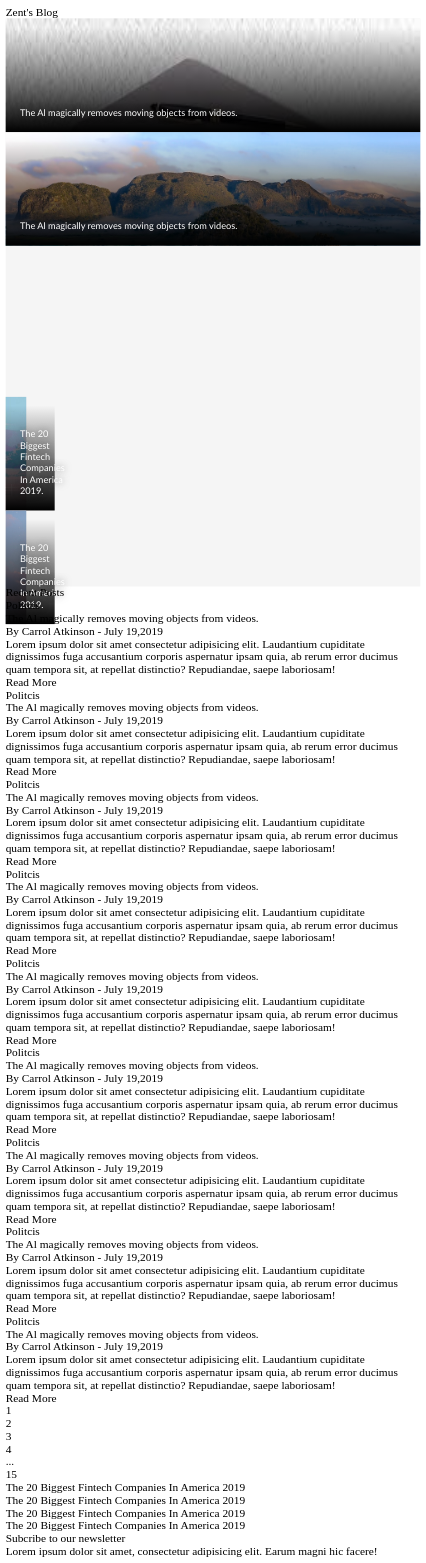
Repository: giacatdat2k5/html3
Page: html3.vs/7.1.html
An editor plug-in stored every save of this project. The page is shown before and after the next save, followed by the edit.
The browser window is 600 px wide. The pictures show the whole page, at 71% of full size.

Above is the page before, as saved 2023-09-27 21:05:53.

After the next save:
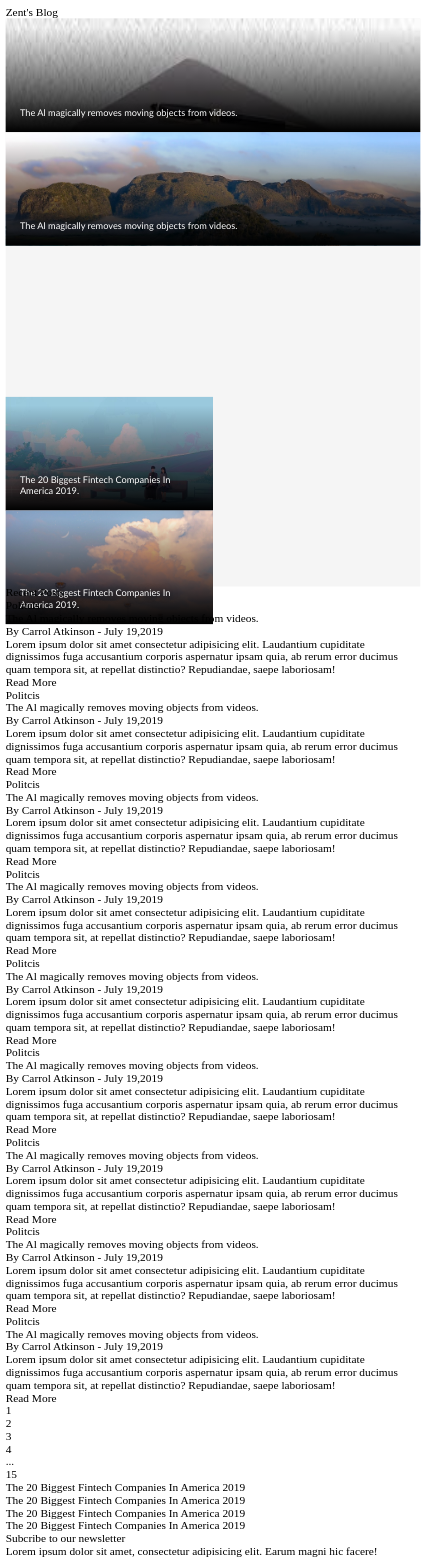
Saved 10 s later.
--- a/html3.vs/7.1.css
+++ b/html3.vs/7.1.css
@@ -445,7 +445,7 @@
         text-shadow: 0 0 10px rgba(0, 0, 0, 0.5);
     }
     .imagecenter{
-        width: 80%;
+        width: 0%;
         height: 0%;
         align-items:center;
         justify-content: center;
@@ -460,7 +460,7 @@
         align-items: end;
     }
     .iamgeright{
-        width: 5%;
+        width: 50%;
         height: 100%;
         display: flex;
         flex-wrap: wrap;
